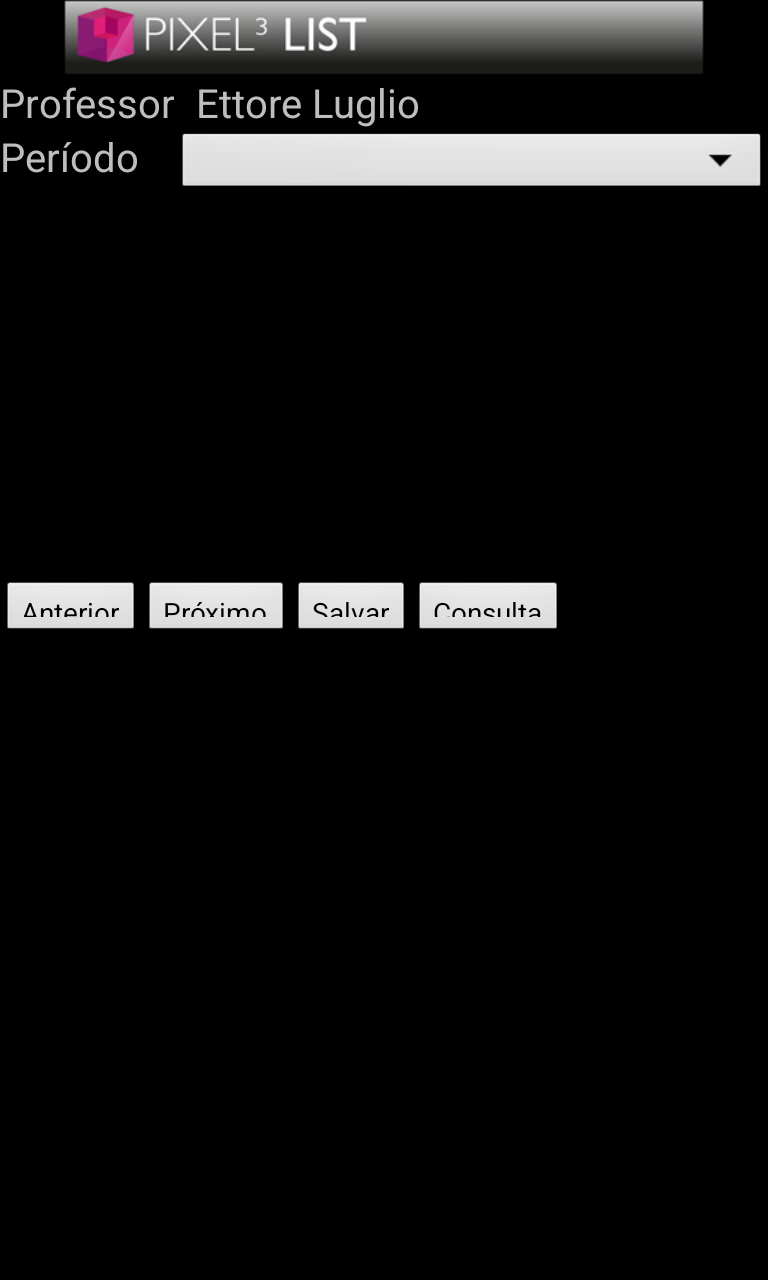
Repository: pixel3mobi/listaDigital
Layout: Pixel3List/res/layout/chamada.xml
These files come from the project's save history. The layout is drawn as it stood at one moment and after the next save; the edit follows.
It is drawn on a 768 x 1280 px phone screen (xhdpi) without system bars, with theme android:Theme; the app's code is not run. Lists and similar views that code fills are empty.

Above is the layout before, as saved 2011-03-22 00:16:03.

After the next save:
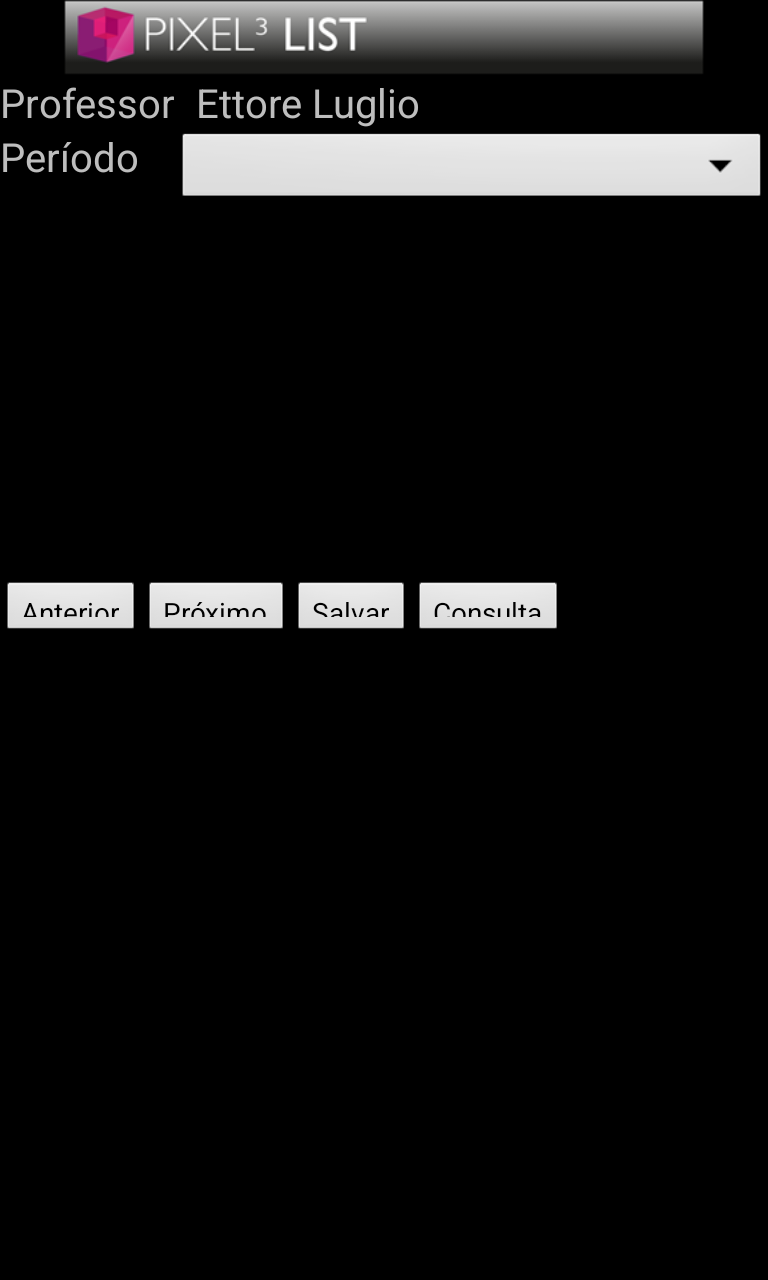
Saved 55 s later.
--- a/Pixel3List/res/layout/chamada.xml
+++ b/Pixel3List/res/layout/chamada.xml
@@ -38,7 +38,14 @@
 			android:layout_alignTop="@+id/txtProfessor"
 			android:layout_alignBottom="@+id/txtProfessor">
 		</TextView>
-		<Spinner android:paddingLeft="10dip" android:layout_width="fill_parent" android:id="@+id/periodos" android:layout_height="35dip" android:layout_below="@+id/txtPeriodo" android:layout_alignLeft="@+id/txtPeriodo"></Spinner>
+		<Spinner
+			android:paddingLeft="10dip"
+			android:layout_width="fill_parent"
+			android:id="@+id/periodos"
+			android:layout_height="40dip"
+			android:layout_below="@+id/txtPeriodo"
+			android:layout_alignLeft="@+id/txtPeriodo">
+		</Spinner>
 		<TextView
 			android:layout_height="wrap_content"
 			android:layout_below="@+id/txtProfessor"
